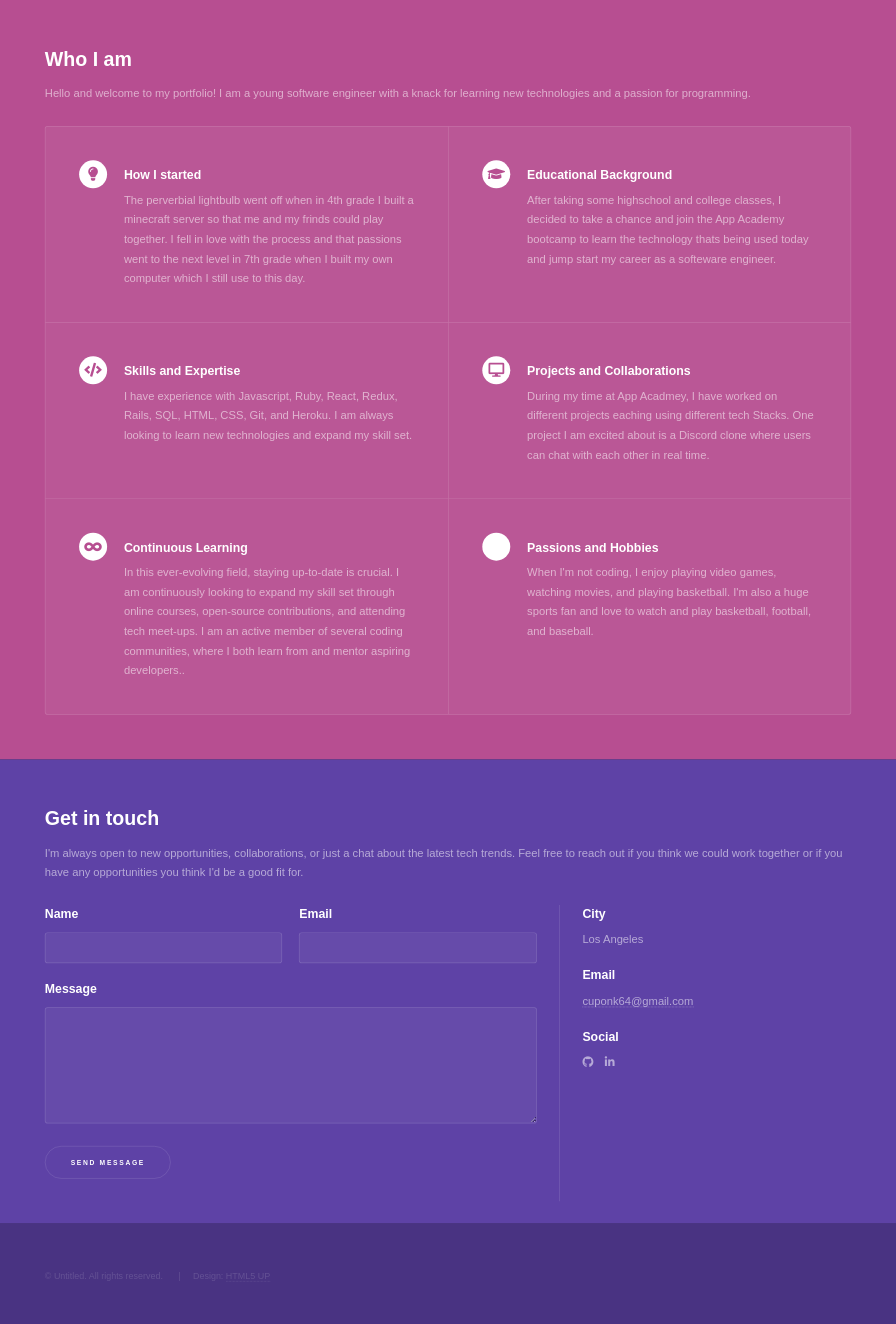
Repository: Cuponk/portfolio
Page: index.html
These files come from the project's save history. The page is drawn as it stood at one moment and after the next save; the edit follows.
The browser window is 1280 px wide. The pictures show the part of the page from y = 1990 to 3910 px (the page is 3882 px tall before and 3910 px after), at 70% of full size.

Above is the page before, as saved 2023-10-11 14:25:16.

After the next save:
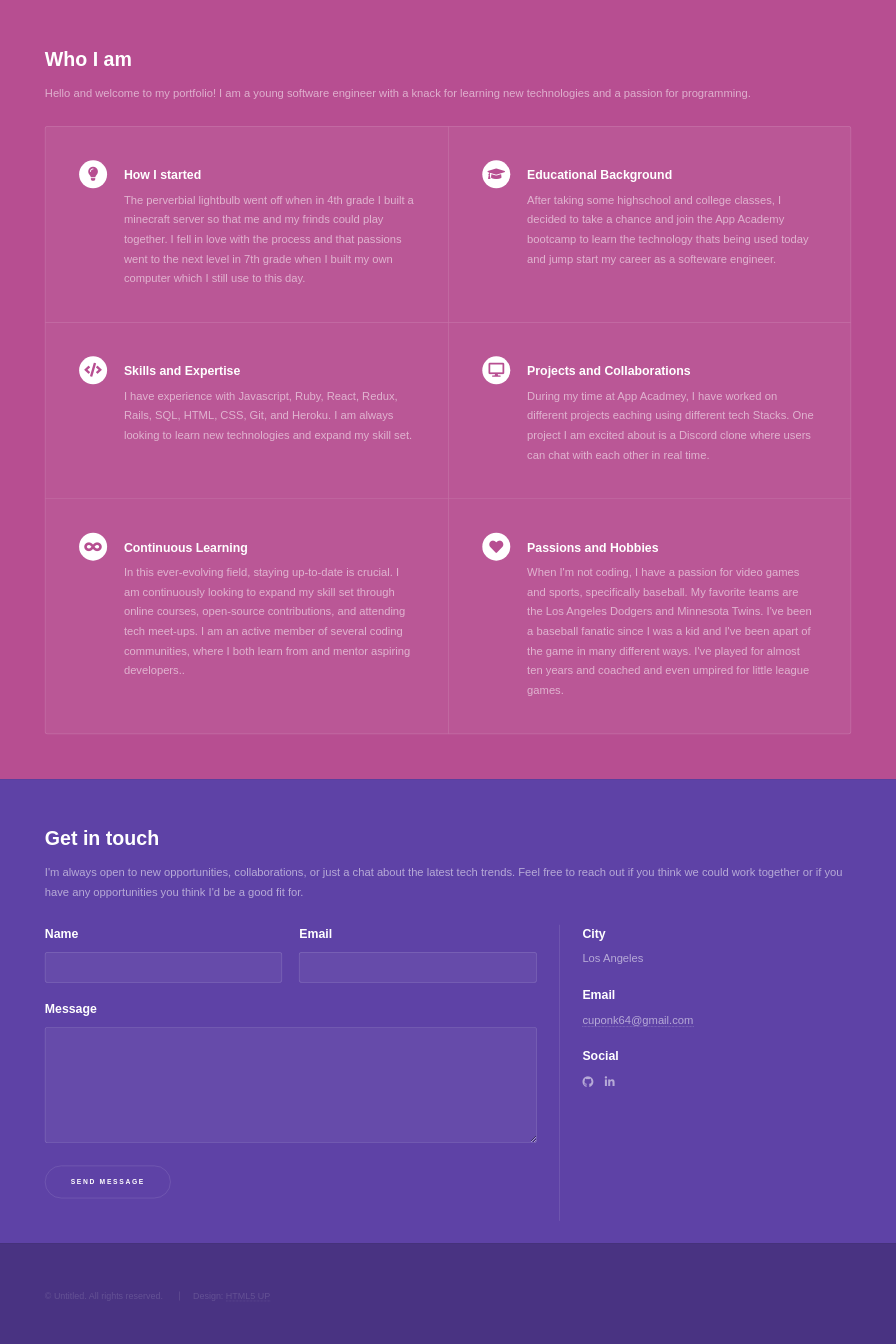
Saved 5 min 11 s later.
--- a/index.html
+++ b/index.html
@@ -148,10 +148,12 @@
 							mentor aspiring developers..</p>
 					</section>
 					<section>
-						<span class="icon solid major fa-baseball"></span>
+						<span class="icon solid major fa-heart"></span>
 						<h3>Passions and Hobbies</h3>
-						<p>When I'm not coding, I enjoy playing video games, watching movies, and playing basketball.
-							I'm also a huge sports fan and love to watch and play basketball, football, and baseball.
+						<p>When I'm not coding, I have a passion for video games and sports, specifically baseball. My
+							favorite teams are the Los Angeles Dodgers and Minnesota Twins. I've been a baseball fanatic
+							since I was a kid and I've been apart of the game in many different ways. I've played for
+							almost ten years and coached and even umpired for little league games.
 						</p>
 					</section>
 
